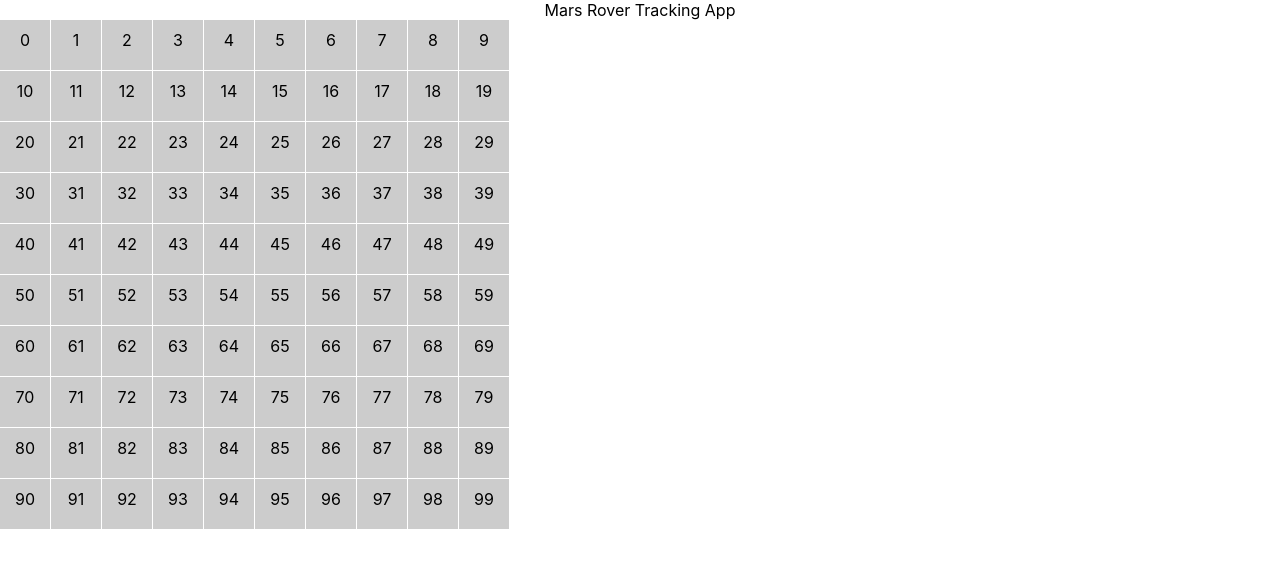
Repository: madhurisandbhor/Rover-Tracking-App
Page: /
These files come from the project's save history. The page is drawn as it stood at one moment and after the next save; the edit follows.
The browser window is 1280 px wide. The pictures show the whole page.
The project was rebuilt for these pictures with package versions that can differ from the ones it lists, and the page was loaded fresh each time.

Above is the page before, as saved 2021-09-06 17:10:40.

After the next save:
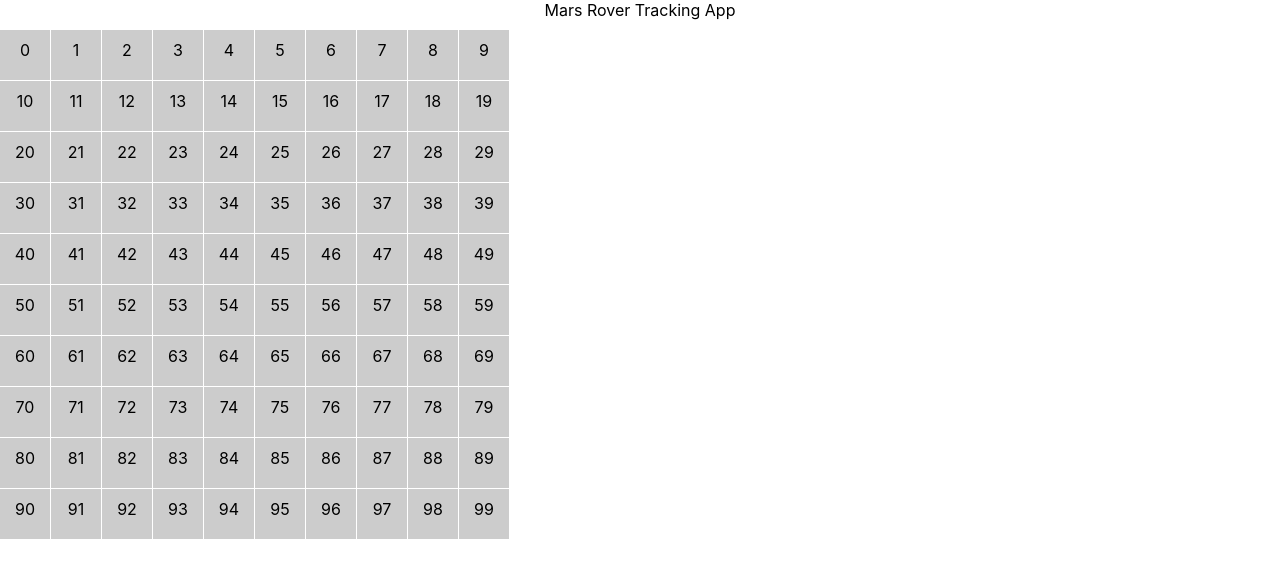
Saved 6 s later.
--- a/src/Grid.jsx
+++ b/src/Grid.jsx
@@ -2,7 +2,7 @@ import React from 'react'
 import { maxY, maxX } from "./constants";
 
 const wrapper = {
-    margin: '0 auto',
+    margin: '10px auto',
     display: 'grid',
     gridTemplateColumns: `repeat(${maxY + 1}, 50px)`,
     gridTemplateRows: `repeat(${maxX + 1}, 50px)`,
